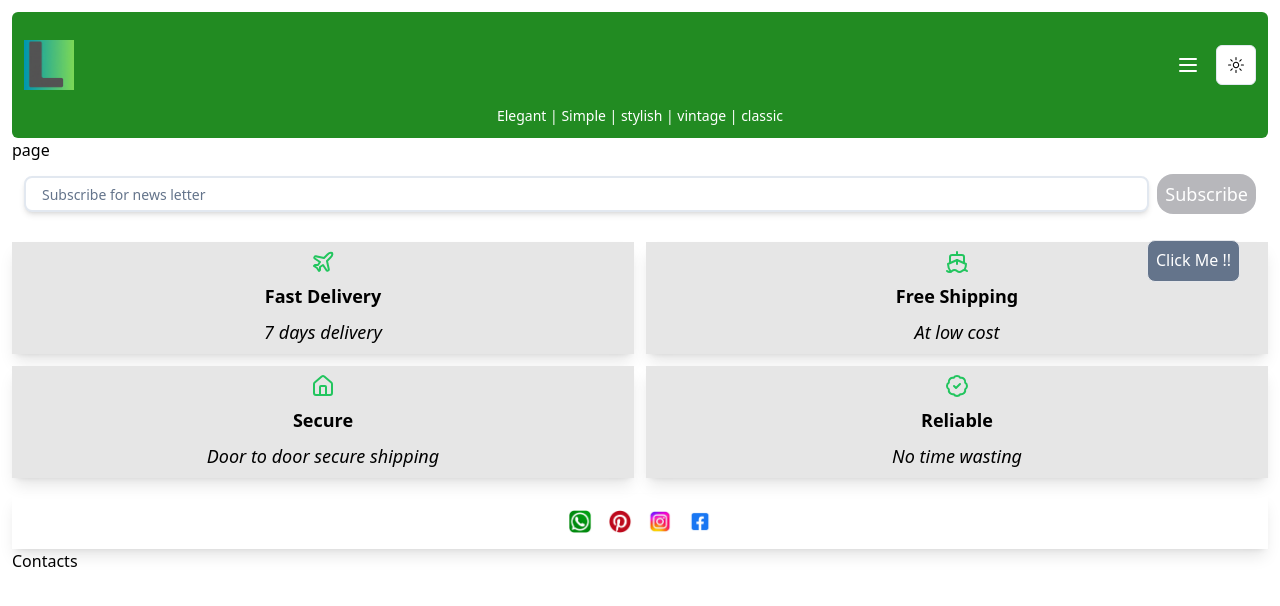
Repository: Semanmernstack/bisi-abejide
Page: /bb
The author's editor kept a copy of each file at every save. The page is drawn from the files as they stood at one save, then again after the next save.
The browser window is 1280 px wide. The pictures show the whole page.
The project was rebuilt for these pictures with package versions that can differ from the ones it lists, and the page was loaded fresh each time. The framework's server and built-in components were replaced by stand-ins that run in the browser. Also part of the build but not shown: next.config.mjs.

Above is the page before, as saved 2024-04-19 01:07:40.

After the next save:
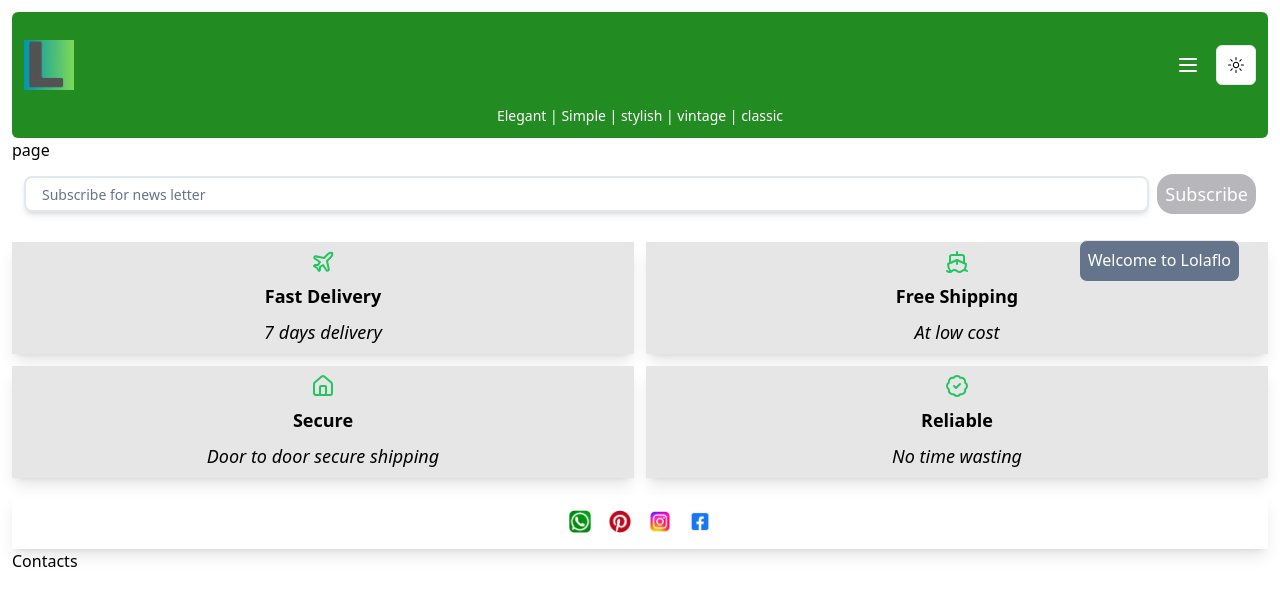
Saved 7 h 34 min later.
--- a/components/Ai.tsx
+++ b/components/Ai.tsx
@@ -15,10 +15,10 @@ function Ai() {
   return (
 
 
-  <div className=' animate-bounce' >
+  <div className=' flex max-w-2xl mx-auto  animate-bounce' >
 
-  <Popup trigger={<button> Click Me !!</button>} position="left center">
-    <div>Welcome to Lolaflo !!</div>
+  <Popup trigger={<button>Welcome to Lolaflo</button>} position="left center">
+    <div>Lolaflo mission is to build.... </div>
   </Popup>
 
   </div>
